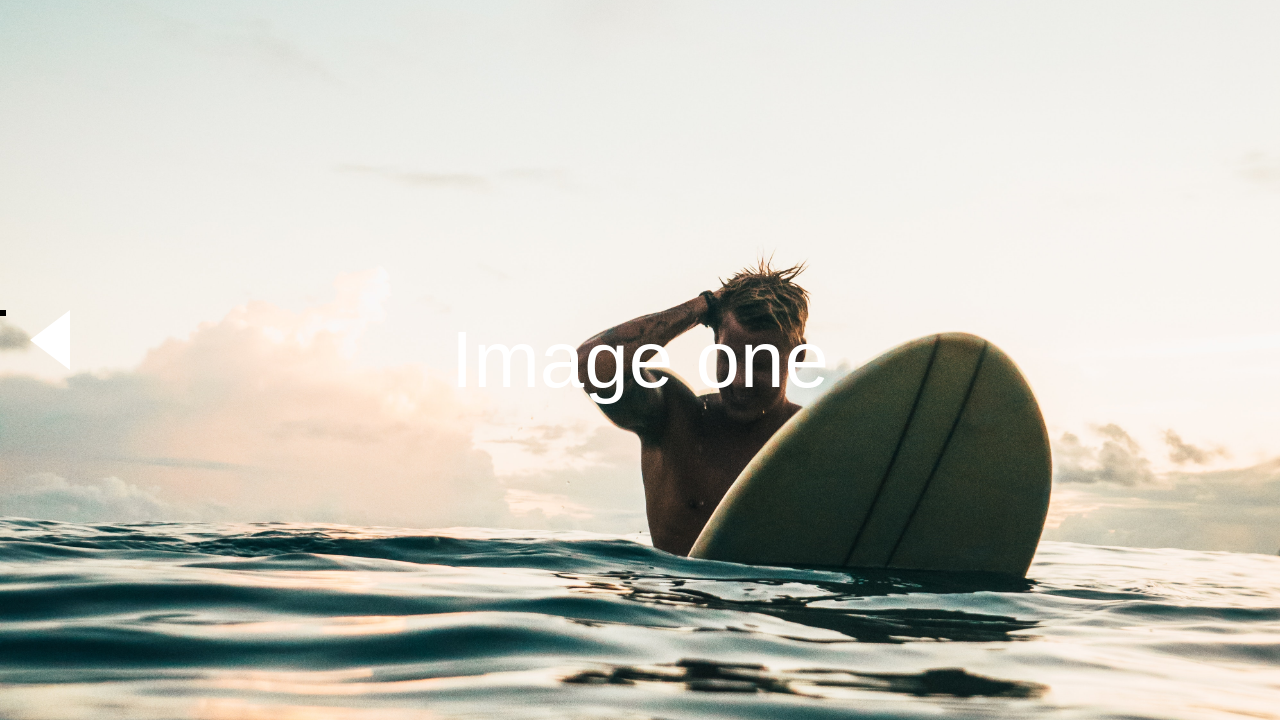
Repository: rahil001/preparation
Page: javascriptPrac/carousal/index.html
An editor plug-in stored every save of this project. The page is shown before and after the next save, followed by the edit.
The browser window is 1280 px wide. The pictures show the whole page.
An inner scrolling area shows only its first screen.

Above is the page before, as saved 2019-10-08 12:15:15.

After the next save:
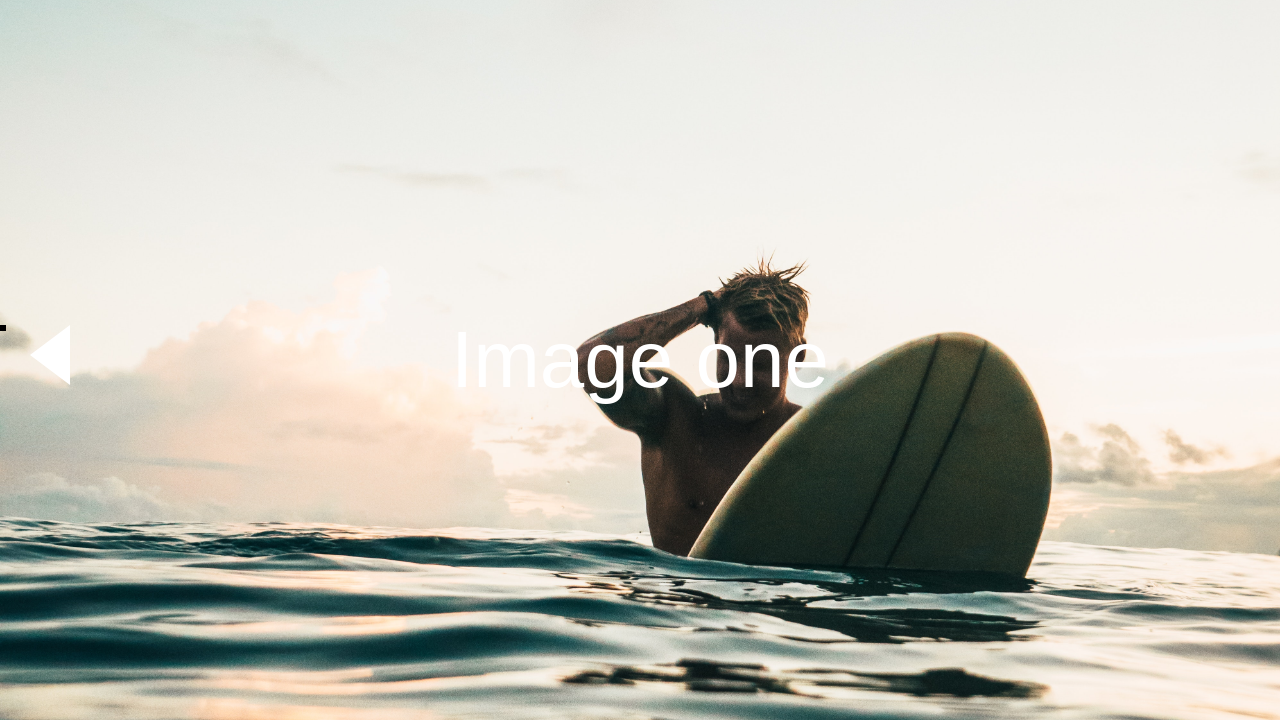
Saved 37 s later.
--- a/javascriptPrac/carousal/index.css
+++ b/javascriptPrac/carousal/index.css
@@ -45,7 +45,7 @@ body, #slider, .wrap, .slide-content {
     cursor: pointer;
     position: absolute;
     top: 50%;
-    margin-top: -50px;
+    margin-top: -35px;
     width: 0;
     height: 0;
     border-style: solid;
